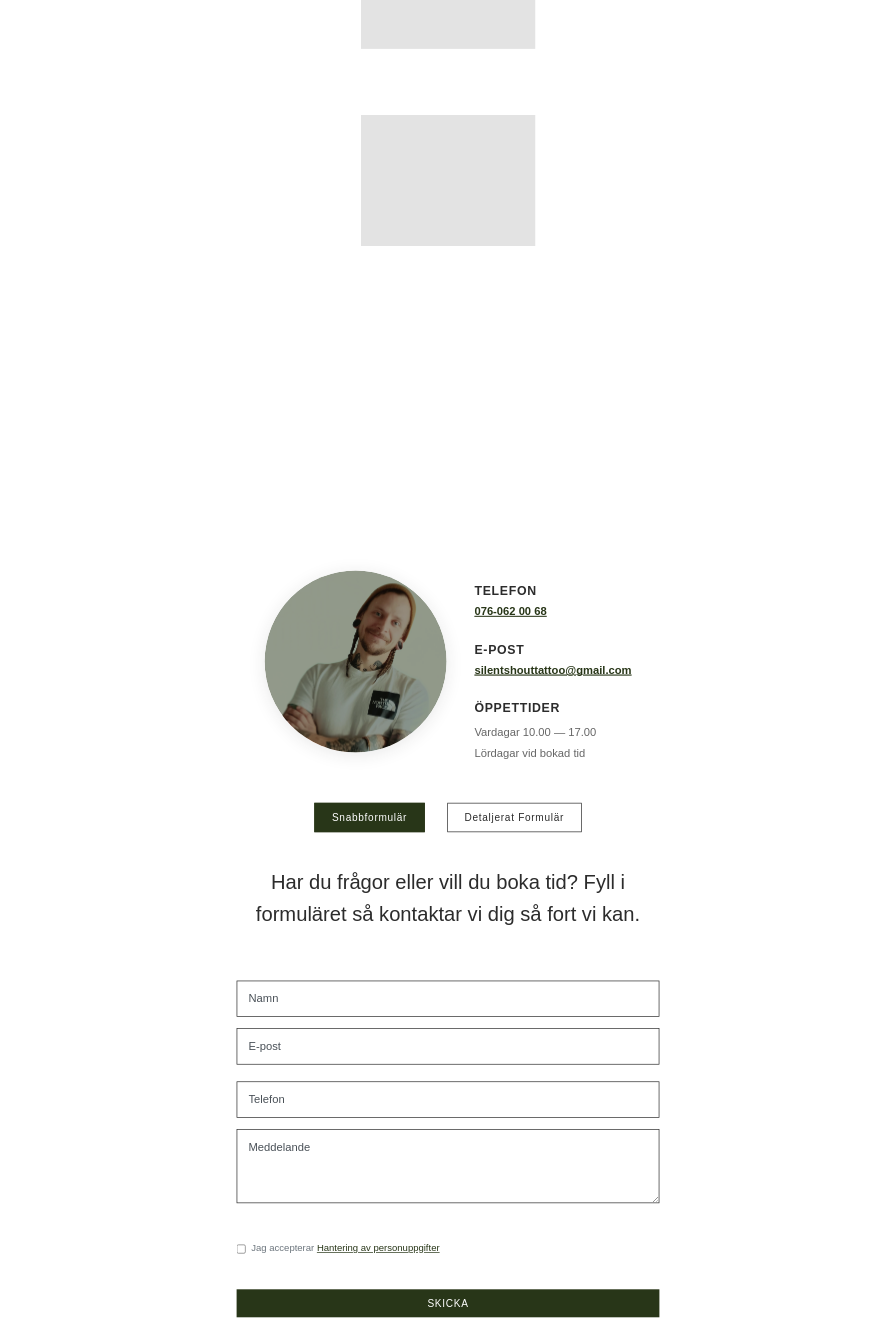
Repository: public-websites/silentshouttattoose
Page: index.html
These files come from the project's save history. The page is drawn as it stood at one moment and after a run of saves; the edit follows.
The browser window is 1280 px wide. The pictures show the part of the page from y = 3267 to 5187 px (the page is 6977 px tall), at 70% of full size.
Pictures or frames that could not be fetched are drawn as grey boxes.

Above is the page before, as saved 2025-08-19 08:25:31.

### index.html
<!DOCTYPE html>
<html lang="sv">
<head>
    <meta charset="UTF-8">
    <meta name="viewport" content="width=device-width, initial-scale=1.0">
    <title>Silent Shout - Den omtänksamma studion</title>
    <link rel="stylesheet" href="styles.css">
</head>
<body>
    <header class="social-header">
        <div class="container">
            <div class="social-icons">
                <a href="https://instagram.com" target="_blank" class="social-icon" aria-label="Instagram">
                    <svg viewBox="0 0 24 24" fill="currentColor">
                        <path d="M12 2.163c3.204 0 3.584.012 4.85.07 3.252.148 4.771 1.691 4.919 4.919.058 1.265.069 1.645.069 4.849 0 3.205-.012 3.584-.069 4.849-.149 3.225-1.664 4.771-4.919 4.919-1.266.058-1.644.07-4.85.07-3.204 0-3.584-.012-4.849-.07-3.26-.149-4.771-1.699-4.919-4.92-.058-1.265-.07-1.644-.07-4.849 0-3.204.013-3.583.07-4.849.149-3.227 1.664-4.771 4.919-4.919 1.266-.057 1.645-.069 4.849-.069zm0-2.163c-3.259 0-3.667.014-4.947.072-4.358.2-6.78 2.618-6.98 6.98-.059 1.281-.073 1.689-.073 4.948 0 3.259.014 3.668.072 4.948.2 4.358 2.618 6.78 6.98 6.98 1.281.058 1.689.072 4.948.072 3.259 0 3.668-.014 4.948-.072 4.354-.2 6.782-2.618 6.979-6.98.059-1.28.073-1.689.073-4.948 0-3.259-.014-3.667-.072-4.947-.196-4.354-2.617-6.78-6.979-6.98-1.281-.059-1.69-.073-4.949-.073zm0 5.838c-3.403 0-6.162 2.759-6.162 6.162s2.759 6.163 6.162 6.163 6.162-2.759 6.162-6.163c0-3.403-2.759-6.162-6.162-6.162zm0 10.162c-2.209 0-4-1.79-4-4 0-2.209 1.791-4 4-4s4 1.791 4 4c0 2.21-1.791 4-4 4zm6.406-11.845c-.796 0-1.441.645-1.441 1.44s.645 1.44 1.441 1.44c.795 0 1.439-.645 1.439-1.44s-.644-1.44-1.439-1.44z"/>
                    </svg>
                </a>
                <a href="https://facebook.com" target="_blank" class="social-icon" aria-label="Facebook">
                    <svg viewBox="0 0 24 24" fill="currentColor">
                        <path d="M24 12.073c0-6.627-5.373-12-12-12s-12 5.373-12 12c0 5.99 4.388 10.954 10.125 11.854v-8.385H7.078v-3.47h3.047V9.43c0-3.007 1.792-4.669 4.533-4.669 1.312 0 2.686.235 2.686.235v2.953H15.83c-1.491 0-1.956.925-1.956 1.874v2.25h3.328l-.532 3.47h-2.796v8.385C19.612 23.027 24 18.062 24 12.073z"/>
                    </svg>
                </a>
                <a href="mailto:info@inksoul.se" class="social-icon" aria-label="Email">
                    <svg viewBox="0 0 24 24" fill="currentColor">
                        <path d="M20 4H4c-1.1 0-1.99.9-1.99 2L2 18c0 1.1.9 2 2 2h16c1.1 0 2-.9 2-2V6c0-1.1-.9-2-2-2zm0 4l-8 5-8-5V6l8 5 8-5v2z"/>
                    </svg>
                </a>
            </div>
            <a href="#boka-tid" class="cta-header-button">Boka tid</a>
        </div>
    </header>

    <section class="hero">
        <div class="container">
            <div class="hero-text">

                <p class="hero-quote"></p>
                <img src="silentshouttattoo-outline.svg" alt="Silent Shout Tattoo Logo" class="studio-logo">
                <p class="studio-tagline">Affordable Quality Tattoos</p>
                <p class="location">Tatueringsartist & konstnär baserad i Alingsås</p>
                <a href="#boka-tid" class="cta-button">Skicka förfrågan</a>
            </div>
        </div>
    </section>

    <section class="story-section">
        <div class="container">
            <div class="story-content fade-in">
                <p class="story-text">
                    Tatueringsstudion Silent Shout är något utöver det vanliga. En säker, trygg och avslappnande plats där du som kund alltid står i fokus.
                </p>
                <p class="story-text">
                    Här hittar ni tatueraren och konstnären Kjell Saxberg, kanske mer bekant som "kjell_karamell" en tatuerare med rötterna i den "gammal skolan" där konstnärlig mångsidighet var ett krav för att få ta plats i branschen.
                </p>
                <p class="story-highlight">
                    Kjell har tatuerat professionellt sedan 2012.
Med all den erfarenheten som han har samlat på sig under årens gång har han ett alldeles unikt sätt att se och röra sig inom tatueringskonstens värld.
Den 29e juni 2024 öppnades dörrarna på Norra Strömgatan 13A i Alingsås upp till Silent Shout Tattoo. <br>
Varmt välkommen in till en innre vision av tatuering och dess trollbindande värld.

                </p>
            </div>
        </div>
    </section>

    <section class="large-text-section">
           <!-- Animated GIF Element -->
        <div class="animated-gif">
            <img src="https://media2.giphy.com/media/v1.Y2lkPTc5MGI3NjExbzJpbTR2cWllN2oxamhwMTZ6MjFmYzZ1czZ1b2Y0cXg3MmRrZDRkbiZlcD12MV9pbnRlcm5hbF9naWZfYnlfaWQmY3Q9Zw/3ohs7UJi7uqAcquQoM/giphy.gif" alt="Animated line drawing" />
        </div>
        <div class="container">
            <h2 class="large-text split fade-in">
Kreativitet            </h2>
        </div>


    </section>

    <section class="philosophy-section">
        <div class="container">
            <p class="philosophy-text fade-in">
                Tatueringsstudion Silent Shout är något utöver det vanliga. En säker, trygg och avslappnande plats där du som kund alltid står i fokus.
            </p>
        </div>
    </section>

    <section class="large-text-section">
        <div class="container">
            <h2 class="large-text split fade-in">
                Eftervård
            </h2>
        </div>

        <!-- Animated GIF Element 1 -->
        <div class="animated-gif">
            <img src="https://media1.giphy.com/media/v1.Y2lkPTc5MGI3NjExb3oyNzAwYWVybXM2d2RmM2xxcXA2eDIxanVuOTFydTJiaXpoYngzOSZlcD12MV9pbnRlcm5hbF9naWZfYnlfaWQmY3Q9Zw/7rZOPP0VYSgWdVHQiv/giphy.gif" alt="Animated line drawing 2" />
        </div>

        <!-- Animated SVG Drawing Element
        <div class="animated-drawing">
            <svg viewBox="0 0 200 200" xmlns="http://www.w3.org/2000/svg">
                <path d="M50,100 Q100,50 150,100 Q100,150 50,100" />
                <path d="M80,70 Q100,90 120,70 Q100,50 80,70" />
                <path d="M80,130 Q100,110 120,130 Q100,150 80,130" />
                <path d="M100,80 L100,120 M80,100 L120,100" />
            </svg>
        </div>
        -->

  <!-- Animated GIF Element 2 -->
        <div class="animated-gif">
            <img src="https://media1.giphy.com/media/v1.Y2lkPTc5MGI3NjExb3oyNzAwYWVybXM2d2RmM2xxcXA2eDIxanVuOTFydTJiaXpoYngzOSZlcD12MV9pbnRlcm5hbF9naWZfYnlfaWQmY3Q9Zw/7rZOPP0VYSgWdVHQiv/giphy.gif" alt="Animated line drawing 2" />
        </div>

         <!-- Animated GIF Element 3 -->
        <div class="animated-gif">
            <img src="https://media1.giphy.com/media/v1.Y2lkPTc5MGI3NjExb3oyNzAwYWVybXM2d2RmM2xxcXA2eDIxanVuOTFydTJiaXpoYngzOSZlcD12MV9pbnRlcm5hbF9naWZfYnlfaWQmY3Q9Zw/7rZOPP0VYSgWdVHQiv/giphy.gif" alt="Animated line drawing 2" />
        </div>


    </section>

    <section class="booking-section" id="booking">
        <div class="container">
            <h2 class="booking-title fade-in"></h2>
            <div class="form-container fade-in">
                <div class="form-intro">
                    <h3></h3>
                    <p></p>
                </div>

                <!-- Profil och kontaktinfo sida vid sida -->
                <div class="profile-contact-row">
                    <div class="profile-image-wrapper">
                        <img src="profile.jpg" alt="Silent Shout Tattoo Artist" class="profile-image">
                    </div>
                    <div class="profile-contact-info">
                        <div class="contact-info-section">
                            <h4>Telefon</h4>
                            <p><a href="tel:0760620068">076-062 00 68</a></p>
                        </div>
                        <div class="contact-info-section">
                            <h4>E-post</h4>
                            <p><a href="mailto:silentshouttattoo@gmail.com">silentshouttattoo@gmail.com</a></p>
                        </div>
                        <div class="opening-hours">
                            <h4>Öppettider</h4>
                            <p>Vardagar 10.00 — 17.00</p>
                            <p>Lördagar vid bokad tid</p>
                        </div>
                    </div>
                </div>

                <!-- Form Toggle Buttons -->
                <div class="form-toggle">
                    <button class="toggle-btn active" data-form="custom">Snabbformulär</button>
                    <button class="toggle-btn" data-form="google">Detaljerat Formulär</button>
                </div>

                <!-- Custom Form -->
                <form class="custom-form" id="contactForm" method="POST" action="/send-email">
                    <div class="form-intro">
                        <h3 id="boka-tid">Har du frågor eller vill du boka tid? Fyll i formuläret så kontaktar vi dig så fort vi kan.</h3>
                    </div>

                    <div class="form-fields">
                        <div class="form-row">
                            <div class="form-group">
                                <input type="text" id="name" name="name" placeholder="Namn" required>
                            </div>

                            <div class="form-group">
                                <input type="email" id="email" name="email" placeholder="E-post" required>
                            </div>
                        </div>

                        <div class="form-row">
                            <div class="form-group">
                                <input type="tel" id="phone" name="phone" placeholder="Telefon" required>
                            </div>

                            <div class="form-group">
                                <textarea id="message" name="message" rows="4" placeholder="Meddelande"></textarea>
                            </div>
                        </div>

                        <div class="checkbox-group">
                            <input type="checkbox" id="privacy" name="privacy" required>
                            <label for="privacy">
                                Jag accepterar <a href="#" target="_blank">Hantering av personuppgifter</a>
                            </label>
                        </div>

                        <button type="submit" class="submit-button">SKICKA</button>
                    </div>
                </form>

                <!-- Google Forms Container -->
                <div class="google-form-container" style="display: none;">
                    <div class="form-loading" id="formLoading">
                        <div class="spinner"></div>
                        <p>laddar formulär...</p>
                    </div>

                    <iframe
                        src="https://docs.google.com/forms/d/e/1FAIpQLSe5F3VtygnRylmXwHNeTswBMIdDoRpoEf7FgPYu2_uIHeA4zQ/viewform?embedded=true&vc=0&c=0&w=1&flr=0"
                        frameborder="0"
                        marginheight="0"
                        marginwidth="0"
                        onload="hideLoading()"
                        style="display: none;"
                        id="bookingForm">
                        Laddar...
                    </iframe>
                </div>
            </div>
        </div>
    </section>

    <section class="stories-section">
        <div class="container">
            <h2 class="stories-title fade-in">Sagt om Kjell</h2>

            <div class="story-card fade-in">
                <p>
                    💚"Nostalgifestivalen 2025 och där står Kjell med ett antal motiv. Hittar ett underbart motiv men är känd för att behöva flera år för att bestämma mig. Plötsligt händer det, jag gör min tatuering!
Härlig person är han, Kjell. Tusen tack för ett fint samtal under resans gång och inte minst för en fantastiskt fin tatuering. Är så nöjd!"💚
                </p>
            </div>

            <div class="story-card fade-in">
                <p>
                    💚"Kjell är en fantastiskt duktig, trevlig och professionell tatuerare. Hans kärlek till denna konstform lyser verkligen igenom.
Alltid mycket god stämning i studion, trevlig att prata med, tar väl hand om sina kunder och lyssnar och löser önskemål enkelt.
Duktig på customs och har mängder av fina flashmotiv.

Kan rekommendera alla ett besök hos Kjell, vare sig en vill ha något stort eller litet, avancerat eller enkelt."💚
                </p>
            </div>
        </div>
    </section>

    <footer class="social-footer">
        <div class="container">
            <img src="silentshouttattoo-infill-white.svg" alt="Silent Shout Tattoo Logo" class="studio-logo">
            <h2 class="contact-title"></h2>
            <div class="contact-info">
                <p><a href="mailto:silentshouttattoo@gmail.com">silentshouttattoo@gmail.com</a></p>
                <p><a href="tel:0760620068">076-062 00 68</a></p>
                <p>Norra Strömgatan 13A, Alingsås</p>
                <br>
                <p style="padding-bottom: 1.5em;"><a href="https://instagram.com" target="_blank">Följ uppdateringar på Instagram för gästplatser</a></p>
            </div>
            <div class="social-icons">
                <a href="https://instagram.com" target="_blank" class="social-icon" aria-label="Instagram">
                    <svg viewBox="0 0 24 24" fill="currentColor">
                        <path d="M12 2.163c3.204 0 3.584.012 4.85.07 3.252.148 4.771 1.691 4.919 4.919.058 1.265.069 1.645.069 4.849 0 3.205-.012 3.584-.069 4.849-.149 3.225-1.664 4.771-4.919 4.919-1.266.058-1.644.07-4.85.07-3.204 0-3.584-.012-4.849-.07-3.26-.149-4.771-1.699-4.919-4.92-.058-1.265-.07-1.644-.07-4.849 0-3.204.013-3.583.07-4.849.149-3.227 1.664-4.771 4.919-4.919 1.266-.057 1.645-.069 4.849-.069zm0-2.163c-3.259 0-3.667.014-4.947.072-4.358.2-6.78 2.618-6.98 6.98-.059 1.281-.073 1.689-.073 4.948 0 3.259.014 3.668.072 4.948.2 4.358 2.618 6.78 6.98 6.98 1.281.058 1.689.072 4.948.072 3.259 0 3.668-.014 4.948-.072 4.354-.2 6.782-2.618 6.979-6.98.059-1.28.073-1.689.073-4.948 0-3.259-.014-3.667-.072-4.947-.196-4.354-2.617-6.78-6.979-6.98-1.281-.059-1.69-.073-4.949-.073zm0 5.838c-3.403 0-6.162 2.759-6.162 6.162s2.759 6.163 6.162 6.163 6.162-2.759 6.162-6.163c0-3.403-2.759-6.162-6.162-6.162zm0 10.162c-2.209 0-4-1.79-4-4 0-2.209 1.791-4 4-4s4 1.791 4 4c0 2.21-1.791 4-4 4zm6.406-11.845c-.796 0-1.441.645-1.441 1.44s.645 1.44 1.441 1.44c.795 0 1.439-.645 1.439-1.44s-.644-1.44-1.439-1.44z"/>
                    </svg>
                </a>
                <a href="https://facebook.com" target="_blank" class="social-icon" aria-label="Facebook">
                    <svg viewBox="0 0 24 24" fill="currentColor">
                        <path d="M24 12.073c0-6.627-5.373-12-12-12s-12 5.373-12 12c0 5.99 4.388 10.954 10.125 11.854v-8.385H7.078v-3.47h3.047V9.43c0-3.007 1.792-4.669 4.533-4.669 1.312 0 2.686.235 2.686.235v2.953H15.83c-1.491 0-1.956.925-1.956 1.874v2.25h3.328l-.532 3.47h-2.796v8.385C19.612 23.027 24 18.062 24 12.073z"/>
                    </svg>
                </a>
                <a href="mailto:info@inksoul.se" class="social-icon" aria-label="Email">
                    <svg viewBox="0 0 24 24" fill="currentColor">
                        <path d="M20 4H4c-1.1 0-1.99.9-1.99 2L2 18c0 1.1.9 2 2 2h16c1.1 0 2-.9 2-2V6c0-1.1-.9-2-2-2zm0 4l-8 5-8-5V6l8 5 8-5v2z"/>
                    </svg>
                </a>
            </div>
        </div>
    </footer>

    <script src="script.js"></script>
</body>
</html>

Loaded but not shown: script.js (103 lines, source omitted); styles.css (982 lines, source omitted)

After the next 3 saves:
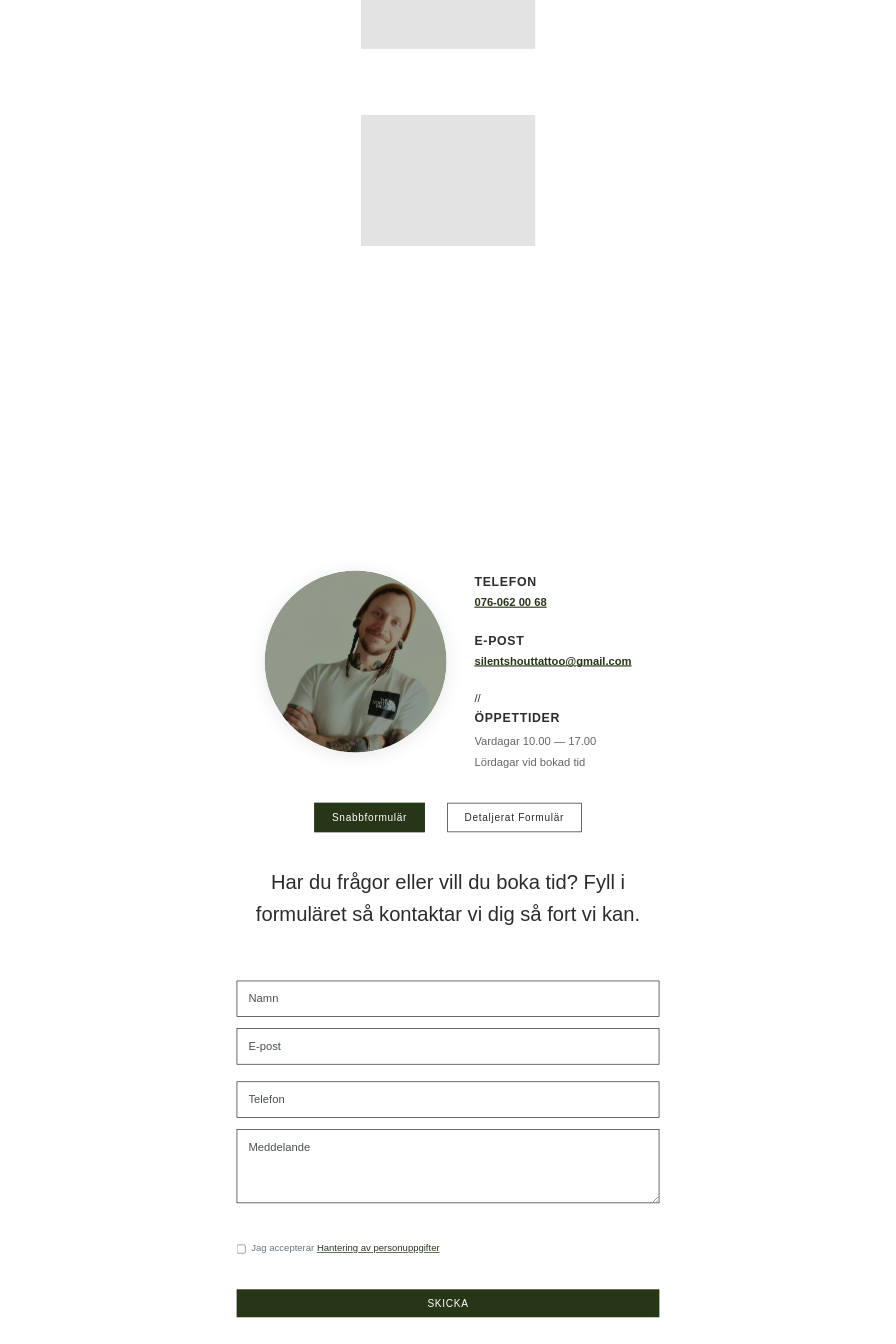
The 3 saves are shown as one change because they came seconds apart.
The last was saved 32 s later.
--- a/index.html
+++ b/index.html
@@ -144,7 +144,7 @@
                             <p><a href="mailto:silentshouttattoo@gmail.com">silentshouttattoo@gmail.com</a></p>
                         </div>
                         <div class="opening-hours">
-                            <h4>Öppettider</h4>
+                            //<h4>Öppettider</h4>
                             <p>Vardagar 10.00 — 17.00</p>
                             <p>Lördagar vid bokad tid</p>
                         </div>
